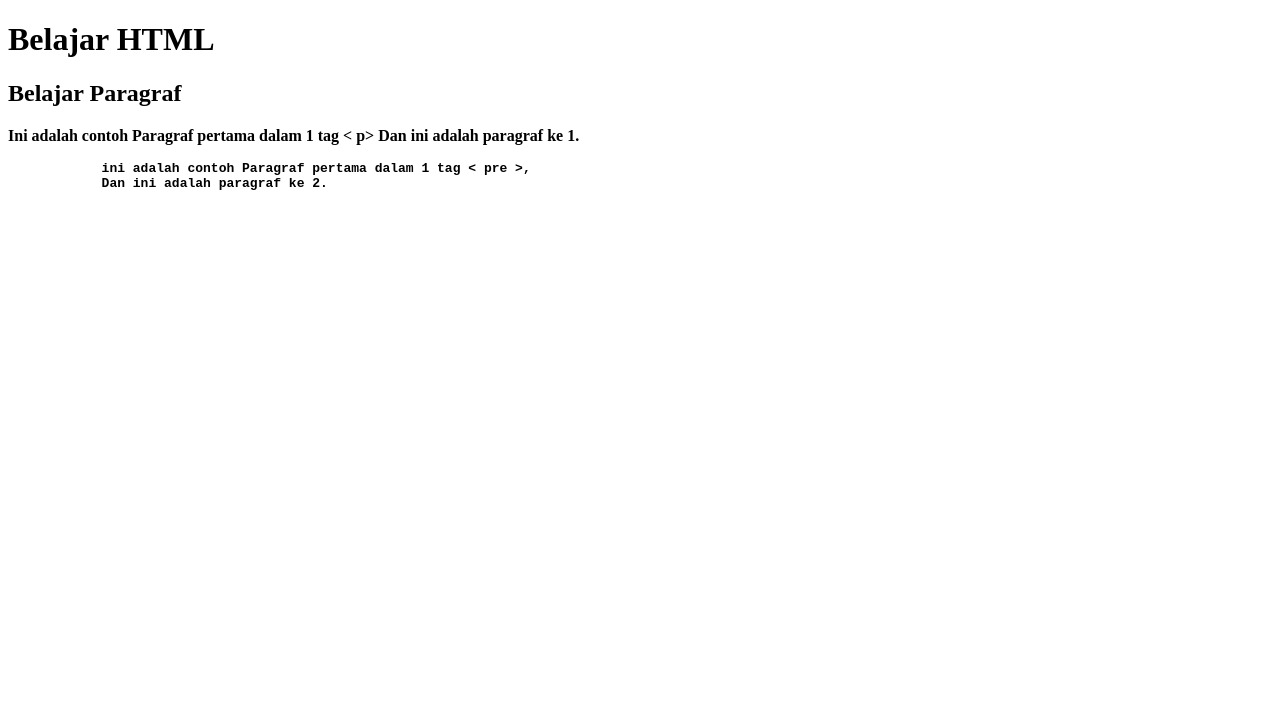
Repository: Gibekkk/WebPro
Page: Tugas HTML 1/index.html
The author's editor kept a copy of each file at every save. The page is drawn from the files as they stood at one save, then again after a run of saves.
The browser window is 1280 px wide. The pictures show the whole page.

Above is the page before, as saved 2024-03-25 09:47:52.

### Tugas HTML 1/index.html
<!DOCTYPE html>
<html lang="en">

<head>
    <meta charset="UTF-8">
    <meta name="viewport" content="width=device-width, initial-scale=1.0">
    <title>Document</title>
</head>

<body>
    <b>
        <h1>Belajar HTML</h1>
        <h2>Belajar Paragraf</h2>
        <p>Ini adalah contoh Paragraf pertama dalam 1 tag
            < p> Dan ini adalah paragraf ke 1.</p>
        <pre>
            ini adalah contoh Paragraf pertama dalam 1 tag < pre >,
            Dan ini adalah paragraf ke 2.
        </pre>
    </b>
</body>

</html>

After the next 3 saves:
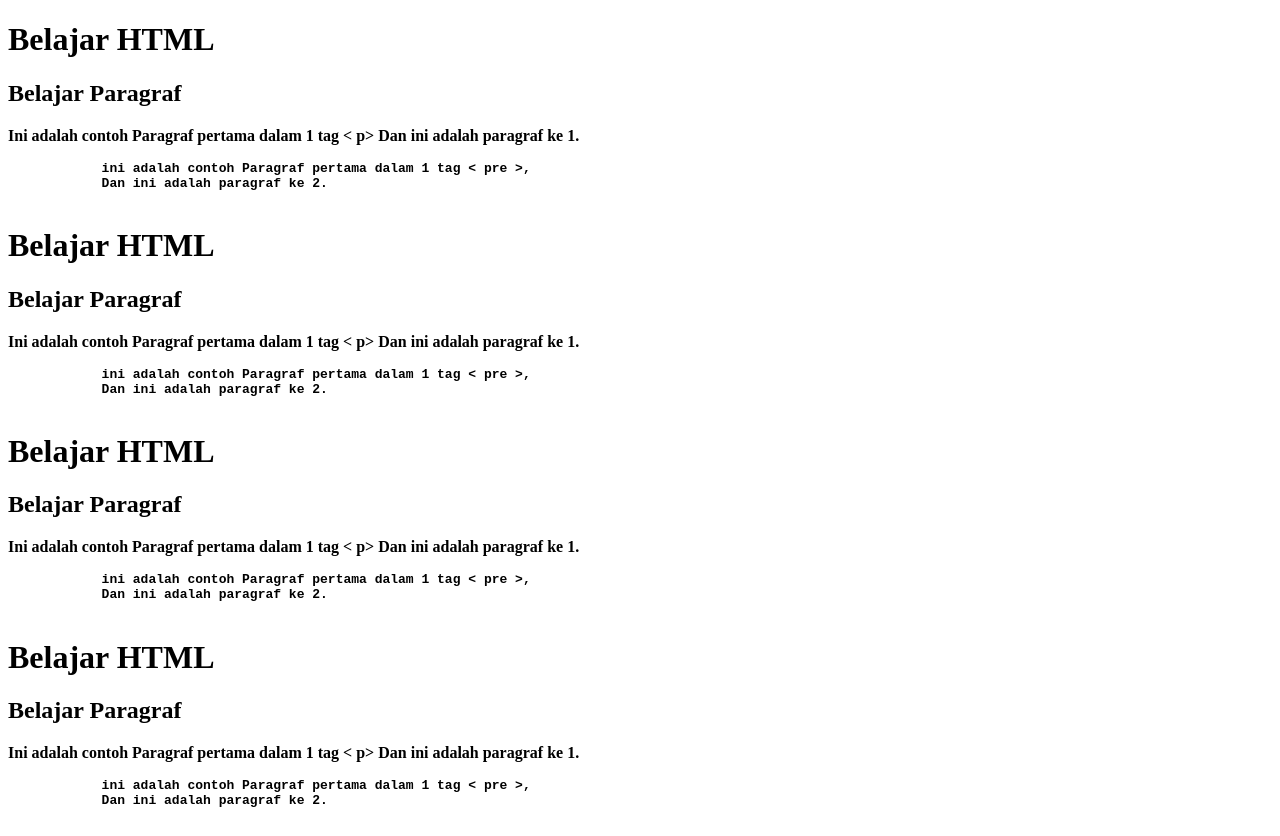
The 3 saves are shown as one change because they came seconds apart.
The last was saved 11 s later.
--- a/Tugas HTML 1/index.html
+++ b/Tugas HTML 1/index.html
@@ -18,6 +18,36 @@
             Dan ini adalah paragraf ke 2.
         </pre>
     </b>
+    <b>
+        <h1>Belajar HTML</h1>
+        <h2>Belajar Paragraf</h2>
+        <p>Ini adalah contoh Paragraf pertama dalam 1 tag
+            < p> Dan ini adalah paragraf ke 1.</p>
+        <pre>
+            ini adalah contoh Paragraf pertama dalam 1 tag < pre >,
+            Dan ini adalah paragraf ke 2.
+        </pre>
+    </b>
+    <b>
+        <h1>Belajar HTML</h1>
+        <h2>Belajar Paragraf</h2>
+        <p>Ini adalah contoh Paragraf pertama dalam 1 tag
+            < p> Dan ini adalah paragraf ke 1.</p>
+        <pre>
+            ini adalah contoh Paragraf pertama dalam 1 tag < pre >,
+            Dan ini adalah paragraf ke 2.
+        </pre>
+    </b>
+    <b>
+        <h1>Belajar HTML</h1>
+        <h2>Belajar Paragraf</h2>
+        <p>Ini adalah contoh Paragraf pertama dalam 1 tag
+            < p> Dan ini adalah paragraf ke 1.</p>
+        <pre>
+            ini adalah contoh Paragraf pertama dalam 1 tag < pre >,
+            Dan ini adalah paragraf ke 2.
+        </pre>
+    </b>
 </body>
 
 </html>
